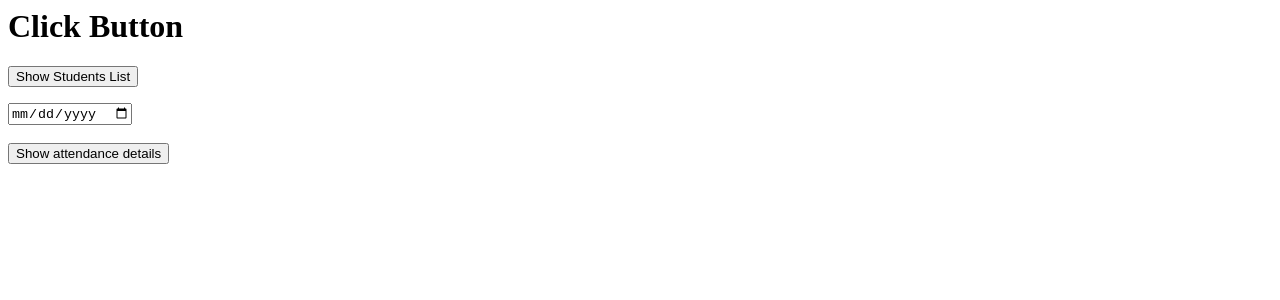
Repository: arunkumar2310/AttendanceProject
Page: ksrattendance/WebContent/first.html
The author's editor kept a copy of each file at every save. The page is drawn from the files as they stood at one save, then again after the next save.
The browser window is 1280 px wide. The pictures show the whole page.

Above is the page before, as saved 2018-07-12 00:12:26.

### ksrattendance/WebContent/first.html
<html>
<body>
<h1>Click Button</h1>
<form method="post" action="list">
<input type="submit" value="Show Students List">
</form>
<form method="post" action="details">
<input type="date"><br><br>
<input type="submit" value="Show attendance details">
</form>
</body>

</html>

After the next save:
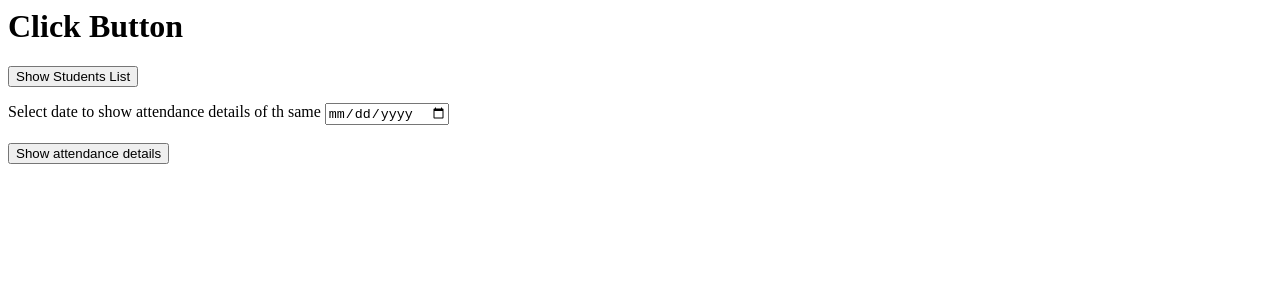
Saved 87 s later.
--- a/ksrattendance/WebContent/first.html
+++ b/ksrattendance/WebContent/first.html
@@ -5,6 +5,7 @@
 <input type="submit" value="Show Students List">
 </form>
 <form method="post" action="details">
+<label>Select date to show attendance details of th same</label>
 <input type="date"><br><br>
 <input type="submit" value="Show attendance details">
 </form>
